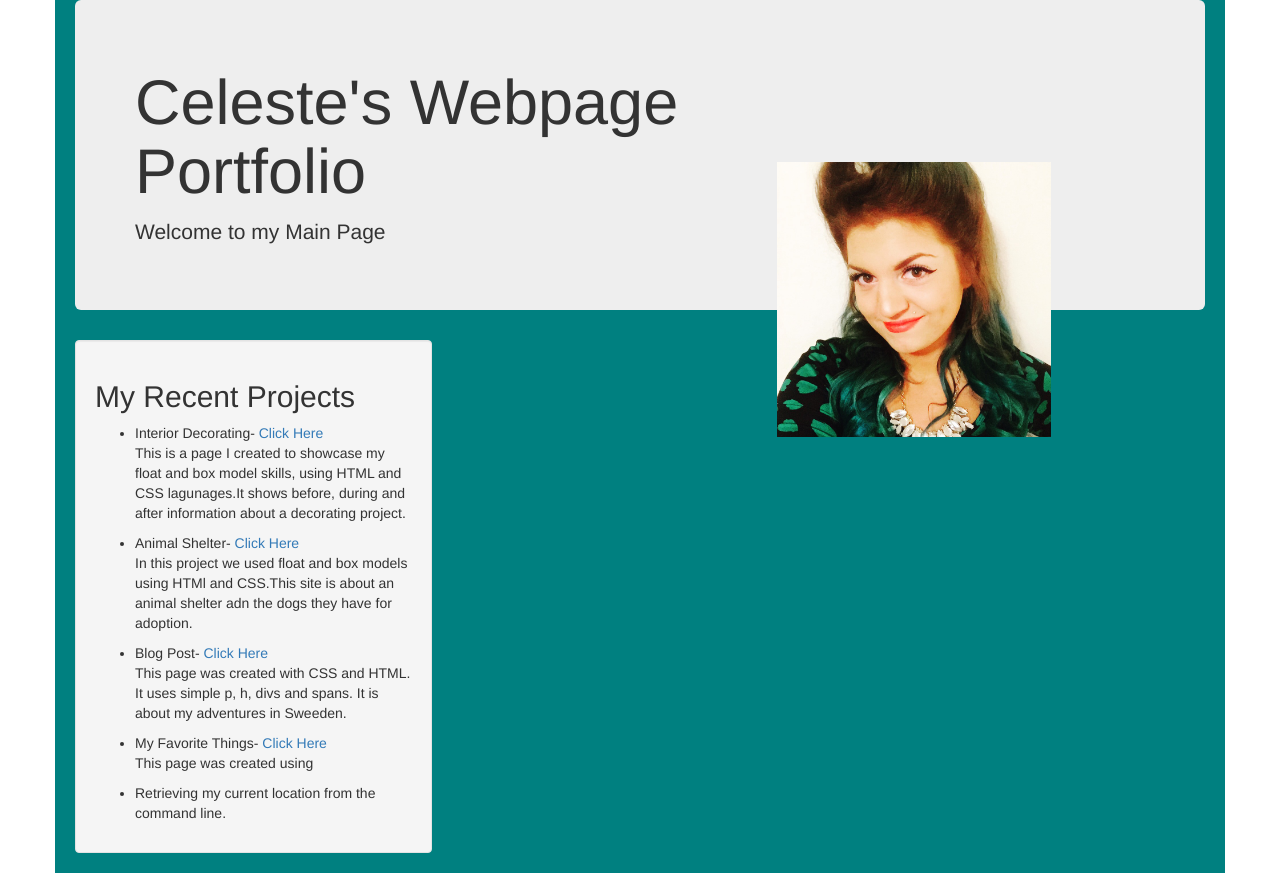
Repository: fieldceleste/portfolio-celeste
Page: portfolio-celeste.html
An editor plug-in stored every save of this project. The page is shown before and after the next save, followed by the edit.
The browser window is 1280 px wide. The pictures show the whole page.

Above is the page before, as saved 2019-11-01 15:44:32.

### portfolio-celeste.html
<!DOCTYPE html>
<html>
  <head>
    <title>Celeste Field's Portfolio</title>
  <link href="css/bootstrap.css" rel="stylesheet" type="text/css">
  <link href="css/styles.css" rel="stylesheet" type="text/css">

 <body>
    <div class="container">
      <div class="jumbotron">
        <h1><img src="img/celeste.jpeg" class="img" alt="photo of celeste field"> Celeste's Webpage Portfolio </h1>
        <p>Welcome to my Main Page</p>
    </div>
    <div class="row">
      <div class="col-md-4">
        <div class="well">
         <h2>My Recent Projects</h2>
                <ul>
                 <li>Interior Decorating- <a herf="https://github.com/fieldceleste/interior-decorator">Click Here</a><p>This is a page I created to showcase my float and box model skills, using HTML and CSS lagunages.It shows before, during and after information about a decorating project.</p></li>
                  <li>Animal Shelter- <a herf="https://github.com/fieldceleste/animal-shelter">Click Here</a><p>In this project we used float and box models using HTMl and CSS.This site is about an animal shelter adn the dogs they have for adoption. </p></li>
                  <li> Blog Post- <a herf="https://github.com/fieldceleste/blog-post">Click Here</a><p>This page was created with CSS and HTML. It uses simple p, h, divs and spans. It is about my adventures in Sweeden. </p></li>
                  <li>My Favorite Things- <a herf="https://github.com/fieldceleste/my-first-webpage/blob/master/my-favorite-foods.html">Click Here</a><p>This page was created using </p></li>
                  <li>Retrieving my current location from the command line.</li>
                </ul>
              </div>
            </div>





  </body>
</html>

### css/styles.css
img{
float:right;
width: 45%;
height:45%;
padding: 90px;
margin: 4px;
}
.projects ul li{
     display:block;

}
.projects ul li a{
    color:purple;
    cursor: hand;

}

Loaded but not shown: css/bootstrap.css (library)

After the next save:
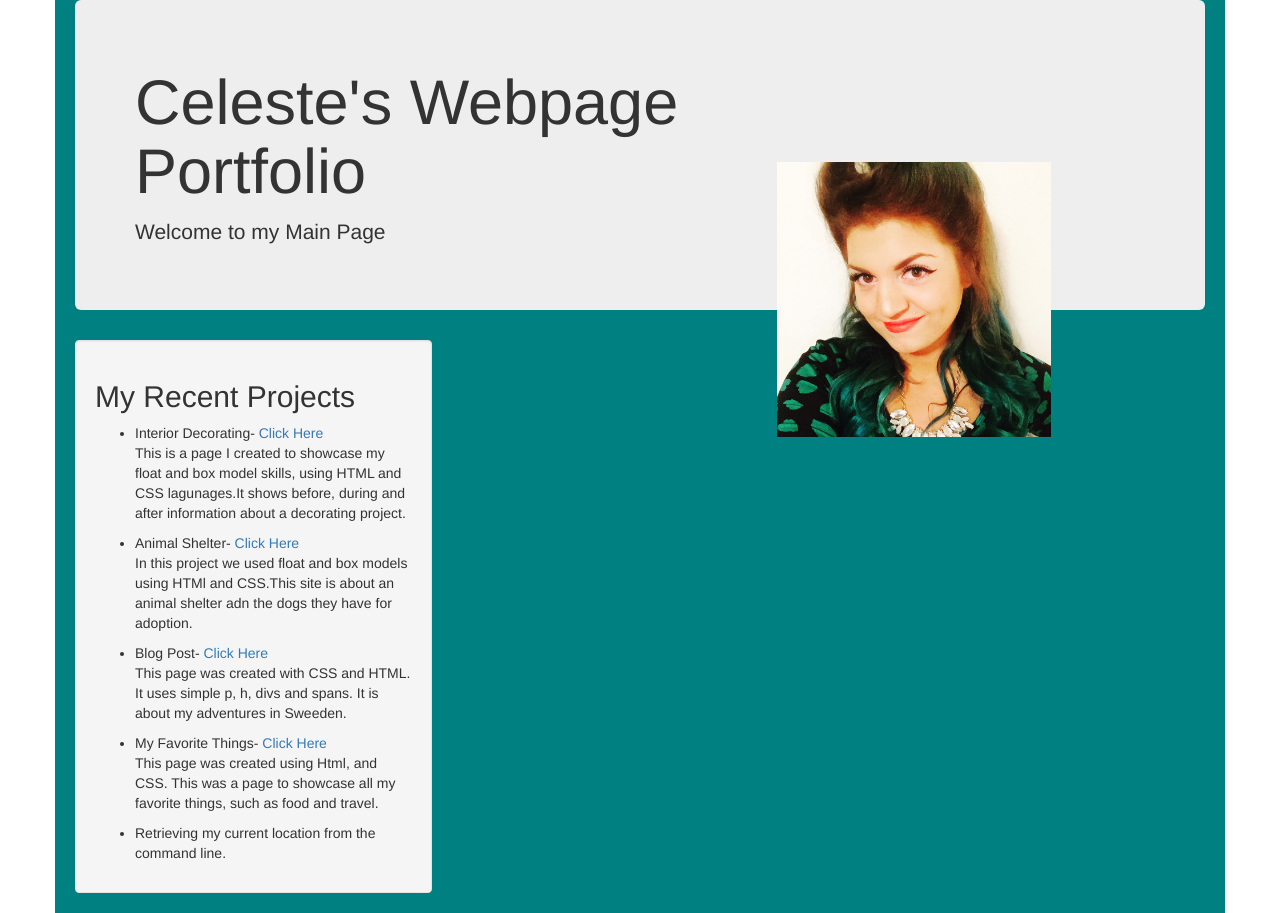
Saved 6 min 49 s later.
--- a/portfolio-celeste.html
+++ b/portfolio-celeste.html
@@ -19,7 +19,7 @@
                  <li>Interior Decorating- <a herf="https://github.com/fieldceleste/interior-decorator">Click Here</a><p>This is a page I created to showcase my float and box model skills, using HTML and CSS lagunages.It shows before, during and after information about a decorating project.</p></li>
                   <li>Animal Shelter- <a herf="https://github.com/fieldceleste/animal-shelter">Click Here</a><p>In this project we used float and box models using HTMl and CSS.This site is about an animal shelter adn the dogs they have for adoption. </p></li>
                   <li> Blog Post- <a herf="https://github.com/fieldceleste/blog-post">Click Here</a><p>This page was created with CSS and HTML. It uses simple p, h, divs and spans. It is about my adventures in Sweeden. </p></li>
-                  <li>My Favorite Things- <a herf="https://github.com/fieldceleste/my-first-webpage/blob/master/my-favorite-foods.html">Click Here</a><p>This page was created using </p></li>
+                  <li>My Favorite Things- <a herf="https://github.com/fieldceleste/my-first-webpage/blob/master/my-favorite-foods.html">Click Here</a><p>This page was created using Html, and CSS. This was a page to showcase all my favorite things, such as food and travel.</p></li>
                   <li>Retrieving my current location from the command line.</li>
                 </ul>
               </div>
